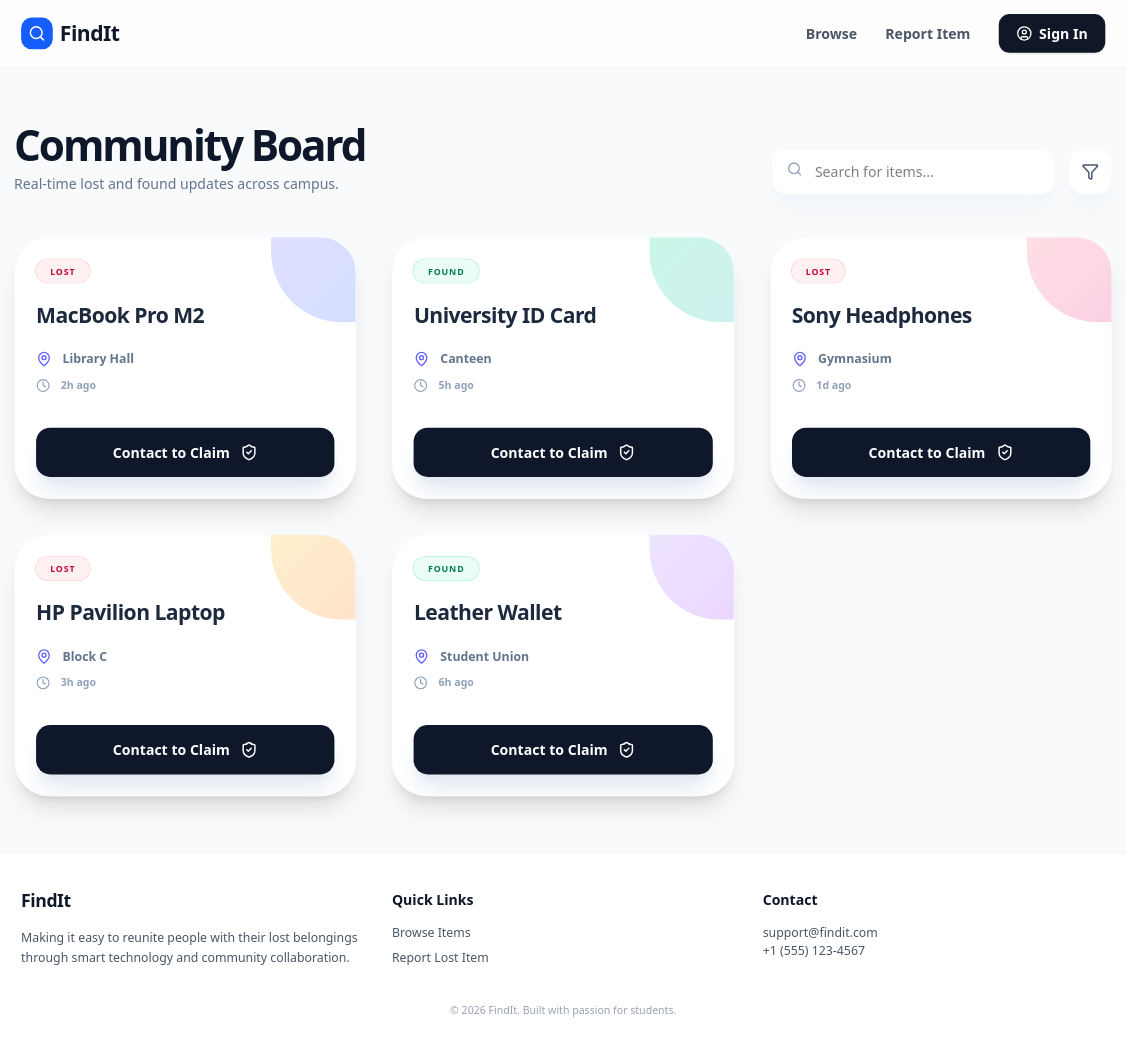
Repository: roygaurav007/lost-and-found
Page: /browse (app in Frontend/client/)
These files come from the project's save history. The page is drawn as it stood at one moment and after a run of saves; the edit follows.
The browser window is 1280 px wide. The pictures show the whole page, at 88% of full size.
The project was rebuilt for these pictures with package versions that can differ from the ones it lists, and the page was loaded fresh each time. Also part of the build but not shown: Frontend/client/vite.config.js, Frontend/client/src/pages/Home.jsx, Frontend/client/src/pages/Login.jsx, Frontend/client/src/utils/formSchemas.js, Frontend/client/src/pages/ReportItem.jsx, Frontend/client/src/pages/AdminDashboard.jsx.

Above is the page before, as saved 2026-02-02 16:16:50.

After the next 2 saves:
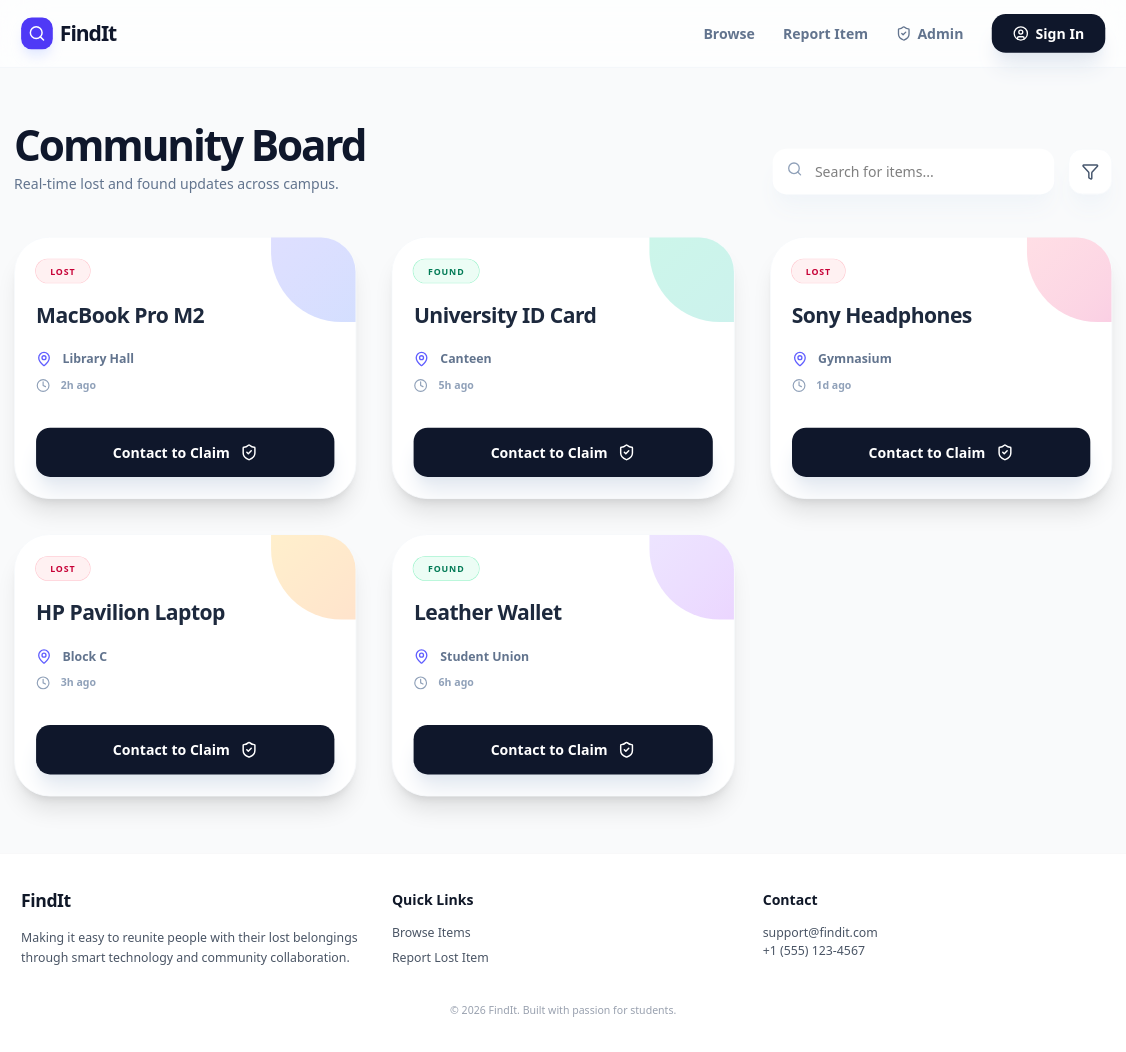
The 2 saves are shown as one change because they came seconds apart.
The last was saved 3 min 43 s later.
--- a/Frontend/client/src/components/Navbar.jsx
+++ b/Frontend/client/src/components/Navbar.jsx
@@ -1,24 +1,41 @@
 import { Link } from 'react-router-dom';
-import { Search, PlusCircle, UserCircle } from 'lucide-react';
+import { motion } from 'framer-motion'; // For interactive animations
+import { Search, PlusCircle, UserCircle, ShieldCheck } from 'lucide-react';
 
 const Navbar = () => {
   return (
-    <nav className="sticky top-0 z-50 bg-white/80 backdrop-blur-md border-b border-gray-100 px-6 py-4">
+    <nav className="sticky top-0 z-50 bg-white/70 backdrop-blur-xl border-b border-slate-100 px-6 py-4">
       <div className="max-w-7xl mx-auto flex justify-between items-center">
+
+        {/* Animated Logo Section */}
         <Link to="/" className="flex items-center gap-2 group">
-          <div className="bg-blue-600 p-2 rounded-xl group-hover:rotate-12 transition-transform">
+          <motion.div
+            whileHover={{ rotate: 15, scale: 1.1 }}
+            className="bg-indigo-600 p-2 rounded-xl shadow-lg shadow-indigo-100 transition-colors group-hover:bg-indigo-500"
+          >
             <Search className="text-white w-5 h-5" />
-          </div>
-          <span className="text-2xl font-black text-gray-900 tracking-tight">FindIt</span>
+          </motion.div>
+          <span className="text-2xl font-black text-slate-900 tracking-tighter">FindIt</span>
         </Link>
 
-        <div className="hidden md:flex items-center gap-8 text-gray-600 font-semibold">
-          <Link to="/browse" className="hover:text-blue-600 transition">Browse</Link>
-          <Link to="/report" className="hover:text-blue-600 transition">Report Item</Link>
-          <Link to="/login" className="flex items-center gap-2 bg-gray-900 text-white px-5 py-2.5 rounded-xl hover:bg-gray-800 transition shadow-sm">
-            <UserCircle size={18} />
-            Sign In
+        {/* Navigation Links */}
+        <div className="hidden md:flex items-center gap-8">
+          <Link to="/browse" className="text-slate-500 font-bold hover:text-indigo-600 transition">Browse</Link>
+          <Link to="/report" className="text-slate-500 font-bold hover:text-indigo-600 transition">Report Item</Link>
+
+          {/* ✅ The missing Admin door */}
+          <Link to="/admin" className="text-slate-500 font-bold hover:text-rose-600 transition flex items-center gap-1.5">
+            <ShieldCheck size={18} />
+            Admin
           </Link>
+
+          {/* Login Button with Animation */}
+          <motion.div whileHover={{ y: -2 }} whileActive={{ scale: 0.95 }}>
+            <Link to="/login" className="flex items-center gap-2 bg-slate-900 text-white px-6 py-2.5 rounded-2xl font-bold hover:bg-indigo-600 transition shadow-xl shadow-slate-200">
+              <UserCircle size={18} />
+              Sign In
+            </Link>
+          </motion.div>
         </div>
       </div>
     </nav>
